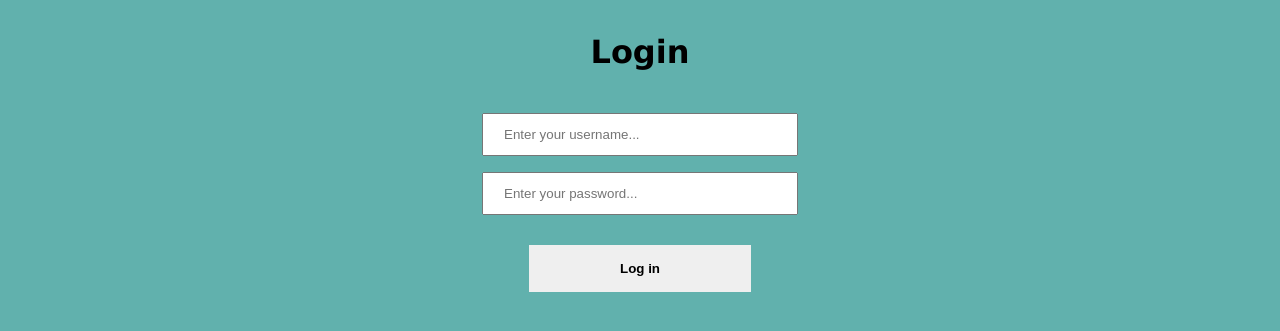
Repository: orsolyanemet/WebProject
Page: http://localhost/Project/userhome.jsp
The author's editor kept a copy of each file at every save. The page is drawn from the files as they stood at one save, then again after the next save.
The browser window is 1280 px wide. The pictures show the whole page.
The page is served by Tomcat 9. Nobody is signed in. The application's start-up code is not run. Other server files are loaded and not shown.

Above is the page before, as saved 2018-06-11 19:19:01.

### Project/WebContent/userhome.jsp
<!--Nemet Orsolya, noim1553, 532/1 csoport, Project -->
<!DOCTYPE html>
<html>
<head>
<title>Event Organizer</title>
<link rel="stylesheet" type="text/css" href="styles/loginStyle.css">
</head>
<body>
	<h1>Login</h1>
	<form action="login.do" method="POST">
		<input type="text" name="username"
			placeholder="Enter your username..."><br> <input
			type="password" name="password" placeholder="Enter your password..."><br>
		<label class="incorrect_data"><span id="msg3"
			class="important">${msgIncorrectData}</span><br></label> <input id="log"
			type="submit" name="submit" value="Log in"><br>
	</form>
</body>
</html>

### Project/WebContent/styles/loginstyle.css
/*Nemet Orsolya, noim1553, 532 csoport*/
/*Project*/
body{
	background-color: #61b1ad;
}
h1 {
	text-align: center;
	font-family: Verdana;
	padding: 12px 20px;
}
h2,h3,h4{
	font-family: Verdana;
}
form{
	margin-left: 25%;
	margin-right: 25%;
	width: 50%;
	display: inline-block;
	text-align: center;
}

form > label{
	font-family: Verdana;
	font-size: 8pt;
	padding-top: -3px;
	color: red;
}

form > label > .important{
	font-size: 9pt;
	font-weight: 900;
}
input[type=text]{
	width: 50%;
	padding: 12px 20px;
	margin: 8px 0;
	box-sizing: border-box;
}
input[type=password]{
	width: 50%;
	padding: 12px 20px;
	margin: 8px 0;
	box-sizing: border-box;
}
input[type=submit]{
	width: 35%;
    border: none;
    color: black;
    padding: 16px 32px;
    text-decoration: none;
    font-weight:  bold;
    text-align: center;
    margin: 4px 2px;
    cursor: pointer;
}

After the next save:
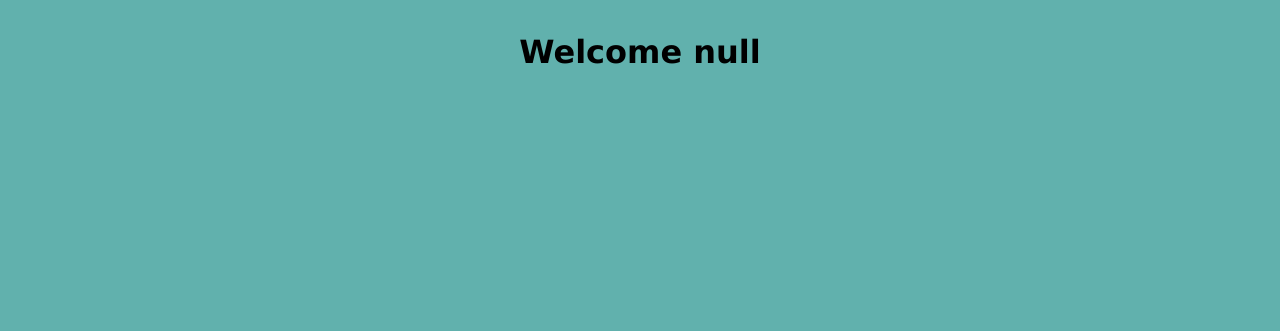
Saved 6 min 51 s later.
--- a/Project/WebContent/userhome.jsp
+++ b/Project/WebContent/userhome.jsp
@@ -6,14 +6,7 @@
 <link rel="stylesheet" type="text/css" href="styles/loginStyle.css">
 </head>
 <body>
-	<h1>Login</h1>
-	<form action="login.do" method="POST">
-		<input type="text" name="username"
-			placeholder="Enter your username..."><br> <input
-			type="password" name="password" placeholder="Enter your password..."><br>
-		<label class="incorrect_data"><span id="msg3"
-			class="important">${msgIncorrectData}</span><br></label> <input id="log"
-			type="submit" name="submit" value="Log in"><br>
-	</form>
+	<h1>Welcome <%=request.getParameter("username")%></h1>
+
 </body>
 </html>
